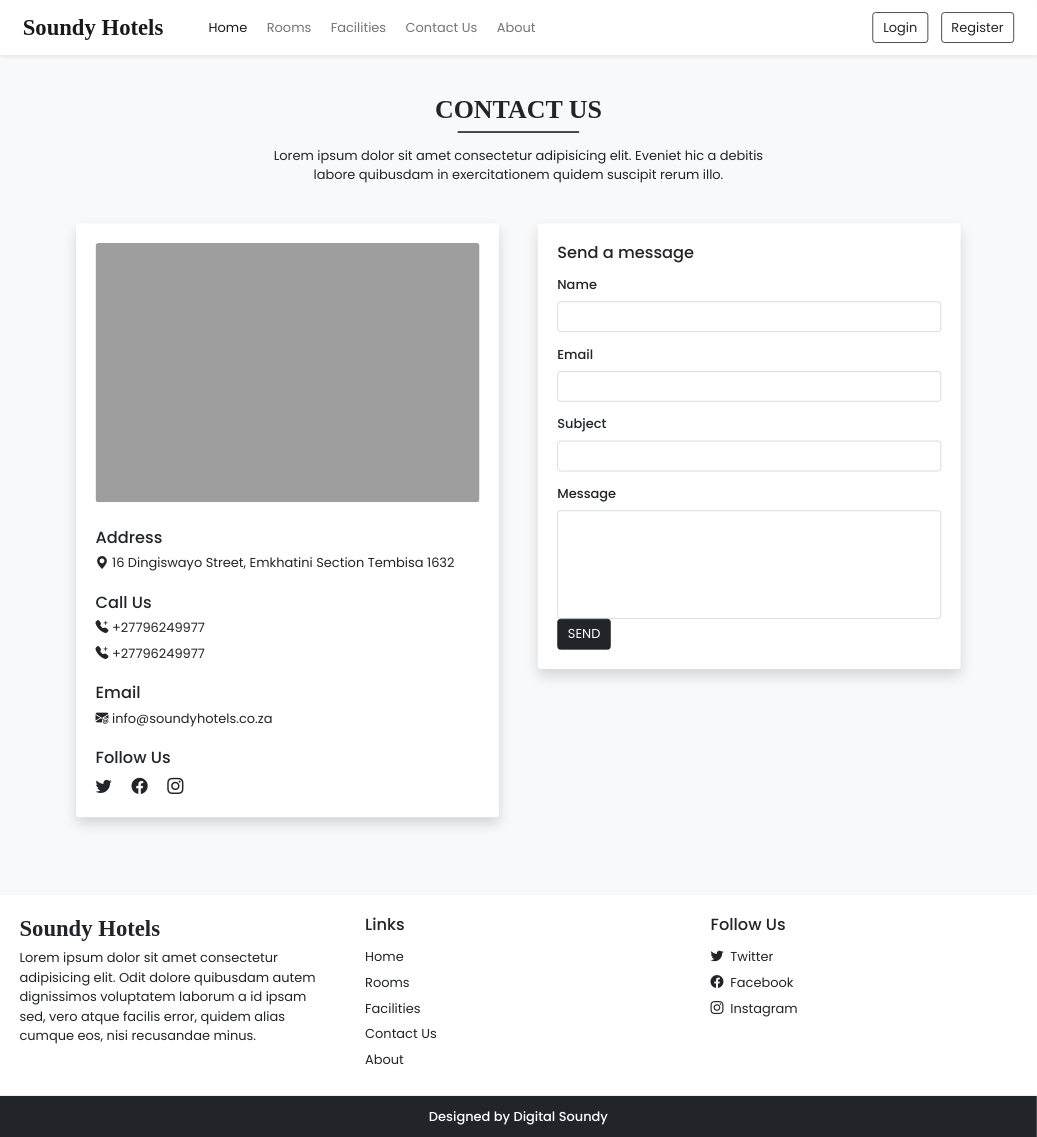
Repository: spencersoundy/Hotel-Booking-App
Page: http://localhost/contact.php
An editor plug-in stored every save of this project. The page is shown before and after a run of saves, followed by the edit.
The browser window is 1280 px wide. The pictures show the whole page, at 81% of full size.
Pictures or frames that could not be fetched are drawn as grey boxes. Some web fonts or font styles are not loaded; a fallback is used. The page is run by PHP 8.4 with error messages shown; the project is at /var/www/html/.

Above is the page before, as saved 2023-08-05 00:05:48.

### contact.php
<!DOCTYPE html>
<html lang="en">
<head>
    <meta charset="UTF-8">
    <meta http-equiv="X-UA-Compatible" content="IE=edge">
    <meta name="viewport" content="width=device-width, initial-scale=1.0">
    <title>Soundy Hotels - CONTACT</title>
    <?php require('inc/links.php') ?>
</head>
<body class="bg-light">

<?php require('inc/header.php') ?>

<div class="my-5 px-4">
    <h2 class="fw-bold h-font text-center">CONTACT US</h2>
    <div class="h-line bg-dark"></div>
    <p class="text-center mt-3">
        Lorem ipsum dolor sit amet consectetur adipisicing elit.
        Eveniet hic a debitis <br> labore quibusdam in exercitationem
        quidem suscipit rerum illo.
    </p>
</div>

<div class="container">
    <div class="row">
        <div class="col-lg-6 col-md-6 mb-5 px-4">
            <div class="bg-white rounded shadow p-4">
                <iframe class="w-100 rounded mb-4" height="320px" src="https://www.google.com/maps/embed?pb=!1m18!1m12!1m3!1d3585.708810342345!2d28.2120409827257!3d-26.010354497291896!2m3!1f0!2f0!3f0!3m2!1i1024!2i768!4f13.1!3m3!1m2!1s0x1e956bf2ad5976c9%3A0x6f9e0753eef116a!2s16%20Dingiswayo%20St%2C%20Emkantini%2C%20Tembisa%2C%201632!5e0!3m2!1sen!2sza!4v1691170736196!5m2!1sen!2sza" loading="lazy"></iframe>

                    <h5>Address</h5>
                <a href="https://goo.gl/maps/Av7G3xEeVXWeW6kQ6" target="_blank" class="d-line-block text-decoration-none text-dark mb-2">
                <i class="bi bi-geo-alt-fill"></i> 16 Dingiswayo Street, Emkhatini Section Tembisa 1632
                </a>

                <h5 class="mt-4">Call Us</h5>
                <a href="Tell: +27796249977" class="d-inline-block mb-2 text-decoration-none text-dark">
                    <i class="bi bi-telephone-plus-fill"></i> +27796249977
                </a>
                <br>
                <a href="Tell: +27796249977" class="d-inline-block text-decoration-none text-dark">
                    <i class="bi bi-telephone-plus-fill"></i> +27796249977
                </a>

                <h5 class="mt-4">Email</h5>
                <a href="mailto: info@soundyhotels.co.za" class="d-inline-block text-decoration-none text-dark">
                    <i class="bi bi-envelope-at-fill"></i> info@soundyhotels.co.za
                </a>

                <h5 class="mt-4">Follow Us</h5>
                <a href="#" class="d-inline-block text-dark fs-5 me-3">
                        <i class="bi bi-twitter me-1"></i>
                </a>
                <a href="#" class="d-inline-block text-dark fs-5 me-3">
                        <i class="bi bi-facebook me-1"></i>
                </a>
                <a href="#" class="d-inline-block">
                        <i class="bi bi-instagram me-1 text-dark fs-5"></i>
                </a>
            </div>
        </div>
        <div class="col-lg-6 col-md-6 px-4">
            <div class="bg-white rounded shadow p-4">
                <form>
                    <h5>Send a message</h5>
                    <div class="mt-3">
                        <label class="form-label"style="font-weight: 500;">Name</label>
                        <input type="text" class="form-control shadow-none">
                    </div>
                    <div class="mt-3">
                        <label class="form-label"style="font-weight: 500;">Email</label>
                        <input type="email" class="form-control shadow-none">
                    </div>
                    <div class="mt-3">
                        <label class="form-label"style="font-weight: 500;">Subject</label>
                        <input type="text" class="form-control shadow-none">
                    </div>
                    <div class="mt-3">
                        <label class="form-label"style="font-weight: 500;">Message</label>
                        <textarea class="form-control shadow-none" rows="5" style="resize: none;"></textarea>
                    </div>
                    <button type="submit" class="btn btn-dark shadow-none">SEND</button>
                </form>
            </div>
        </div>
    </div>
</div>

<?php require('inc/footer.php')?>

</body>
</html>

### inc/links.php
<link href="https://cdn.jsdelivr.net/npm/bootstrap@5.0.2/dist/css/bootstrap.min.css" rel="stylesheet" integrity="sha384-EVSTQN3/azprG1Anm3QDgpJLIm9Nao0Yz1ztcQTwFspd3yD65VohhpuuCOmLASjC" crossorigin="anonymous">
<link href="https://fonts.googleapis.com/css2?family=Merienda:wght@400;700&family=Poppins:wght@400;500;600&display=swap" rel="stylesheet">
<link rel="stylesheet" href="https://cdn.jsdelivr.net/npm/bootstrap-icons@1.10.5/font/bootstrap-icons.css">
<link rel="stylesheet" href="css/common.css"/>

### inc/header.php
<nav class="navbar navbar-expand-lg navbar-light bg-white px-lg-3 py-lg-2 shadow-sm sticky-top">
    <div class="container-fluid">
        <a class="navbar-brand me-5 fw-bold fs-3 h-font" href="index.php">Soundy Hotels</a>
        <button class="navbar-toggler shadow-none" type="button" data-bs-toggle="collapse" data-bs-target="#navbarSupportedContent" aria-controls="navbarSupportedContent" aria-expanded="false" aria-label="Toggle navigation">
        <span class="navbar-toggler-icon"></span>
        </button>
        <div class="collapse navbar-collapse" id="navbarSupportedContent">
        <ul class="navbar-nav me-auto mb-2 mb-lg-0">
            <li class="nav-item">
            <a class="nav-link active me-2" aria-current="page" href="index.php">Home</a>
            </li>
            <li class="nav-item">
            <a class="nav-link me-2" href="#">Rooms</a>
            </li>
            <li class="nav-item">
            <a class="nav-link me-2" href="facilities.php">Facilities</a>
            </li><li class="nav-item">
            <a class="nav-link me-2" href="contact.php">Contact Us</a>
            </li><li class="nav-item">
            <a class="nav-link" href="about.php">About</a>
            </li>
        </ul>
        <div class="d-flex">
            <button type="button" class="btn btn-outline-dark shadow-none me-lg-3 me-2" data-bs-toggle="modal" data-bs-target="#loginModal">
                Login
            </button>
            <button type="button" class="btn btn-outline-dark shadow-none" data-bs-toggle="modal" data-bs-target="#registerModal">
                Register
            </button>
        </div>
        </div>
    </div>
    </nav>

    <div class="modal fade" id="loginModal" data-bs-backdrop="static" data-bs-keyboard="false" tabindex="-1" aria-labelledby="staticBackdropLabel" aria-hidden="true">
        <div class="modal-dialog">
            <div class="modal-content">
                <form>
                    <div class="modal-header">
                        <h5 class="modal-title d-flex align-items-center">
                            <i class="bi bi-person-circle fs-3 me-2"></i> User Login
                        </h5>
                        <button type="reset" class="btn-close shadow-none" data-bs-dismiss="modal" aria-label="Close"></button>
                    </div>
                    <div class="modal-body">
                    <div class="mb-3">
                        <label class="form-label">Email address</label>
                        <input type="email" class="form-control shadow-none">
                    </div>
                    <div class="mb-4">
                        <label class="form-label">Password</label>
                        <input type="password" class="form-control shadow-none">
                    </div>
                        <div class="d-flex align-items-center justify-content-between mb-2">
                            <button type="submit" class="btn btn-dark shadow-none">LOGIN</button>
                            <a href="javascript: void(0)" class="text-secondary text-decoration-none">Forgot Password?</a>
                        </div>
                    </div>
                </form>
            </div>
        </div>
    </div>

    <div class="modal fade" id="registerModal" data-bs-backdrop="static" data-bs-keyboard="false" tabindex="-1" aria-labelledby="staticBackdropLabel" aria-hidden="true">
        <div class="modal-dialog modal-lg">
            <div class="modal-content">
                <form>
            <div class="modal-header">
                <h5 class="modal-title d-fle align-items-center">
                    <i class="bi bi-person-lines-fill fs-3 me-2"></i> User Registration
                </h5>
                <button type="reset" class="btn-close shadow-none" data-bs-dismiss="modal" aria-label="Close"></button>
            </div>
            <div class="modal-body">
                <span class="badge rounded-pill bg-light text-dark mb-3 text-wrap lh-base">
                    Note: Your details must match with your ID (ID book/card, passport, drivers license, etc.)
                    that will be required during check-in.
                </span>
                <div class="container-fluid">
                    <div class="row">
                        <div class="col-md-6 ps-0 mb-3">
                            <label class="form-label">Name</label>
                            <input type="text" class="form-control shadow-none">
                        </div>
                        <div class="col-md-6 p-0 mb-3">
                            <label class="form-label">Email</label>
                            <input type="email" class="form-control shadow-none">
                        </div>
                        <div class="col-md-6 ps-0 mb-3">
                            <label class="form-label">Phone Number</label>
                            <input type="number" class="form-control shadow-none">
                        </div>
                        <div class="col-md-6 p-0 mb-3">
                            <label class="form-label">Picture</label>
                            <input type="file" class="form-control shadow-none">
                        </div>
                        <div class="col-md-12 p-0 mb-3">
                            <label class="form-label">Address</label>
                            <textarea class="form-control shadow-none" rows="1"></textarea>
                        </div>
                        <div class="col-md-6 ps-0 mb-3">
                            <label class="form-label">Pincode</label>
                            <input type="number" class="form-control shadow-none">
                        </div>
                        <div class="col-md-6 p-0 mb-3">
                            <label class="form-label">Date of birth</label>
                            <input type="date" class="form-control shadow-none">
                        </div>
                        <div class="col-md-6 ps-0 mb-3">
                            <label class="form-label">Password</label>
                            <input type="password" class="form-control shadow-none">
                        </div>
                        <div class="col-md-6 p-0 mb-3">
                            <label class="form-label">Confirm Password</label>
                            <input type="password" class="form-control shadow-none">
                        </div>
                    </div>
                </div>
                <div class="text-center my-1">
                    <button type="submit" class="btn btn-dark shadow-none">REGISTER</button>
                </div>
            </div>
            </form>
            </div>
  </div>
</div>

### inc/footer.php
<div class="container-fluid bg-white mt-5">

        <div class="row">
            <div class="col-lg-4 p-4">
                <h3 class="h-font fw-bold fs-3 mb-2">Soundy Hotels</h3>
                <p>
                    Lorem ipsum dolor sit amet consectetur adipisicing elit.
                    Odit dolore quibusdam autem dignissimos voluptatem laborum a id ipsam sed,
                    vero atque facilis error, quidem alias cumque eos, nisi recusandae minus.
                </p>
            </div>
            <div class="col-lg-4 p-4">
                <h5 class="mb-3">Links</h5>
                <a href="#" class="d-inline-block mb-2 text-dark text-decoration-none">Home</a><br>
                <a href="#" class="d-inline-block mb-2 text-dark text-decoration-none">Rooms</a><br>
                <a href="#" class="d-inline-block mb-2 text-dark text-decoration-none">Facilities</a><br>
                <a href="#" class="d-inline-block mb-2 text-dark text-decoration-none">Contact Us</a><br>
                <a href="#" class="d-inline-block mb-2 text-dark text-decoration-none">About</a>
            </div>
            <div class="col-lg-4 p-4">
                <h5 class="mb-3">Follow Us</h5>
                <a href="#" class="d-inline-block text-dark text-decoration-none mb-2">
                    <i class="bi bi-twitter me-1"></i> Twitter
                </a><br>
                <a href="#" class="d-inline-block text-dark text-decoration-none mb-2">
                    <i class="bi bi-facebook me-1"></i> Facebook
                </a><br>
                <a href="#" class="d-inline-block text-dark text-decoration-none">
                    <i class="bi bi-instagram me-1"></i> Instagram
                </a><br>
            </div>
        </div>
    </div>
</div>

    <h6 class="text-center bg-dark text-white p-3 m-0">Designed by Digital Soundy</h6>

    <script src="https://cdn.jsdelivr.net/npm/bootstrap@5.0.2/dist/js/bootstrap.bundle.min.js" integrity="sha384-MrcW6ZMFYlzcLA8Nl+NtUVF0sA7MsXsP1UyJoMp4YLEuNSfAP+JcXn/tWtIaxVXM" crossorigin="anonymous"></script>

### css/common.css
:root{
    --teal: #2ec1ac;
    --teal_hover: #279e8c;
}

*{
    font-family: 'Poppins', sans-serif;
}
.h-font{
    font-family: 'Merienda', cursive;
}

input::-webkit-outer-spin-button,
input::-webkit-inner-spin-button {
-webkit-appearance: none;
margin: 0;
}

input[type=number] {
-moz-appearance: textfield;
}

.custom-bg{
    background-color: var(--teal);
    border: 1px solid var(--teal);
}
.custom-bg:hover{
    background-color: var(--teal_hover);
    border-color: var(--teal_hover);
}

.h-line{
    width: 150px;
    margin: 0 auto;
    height: 1.7px;
}

After the next 2 saves:
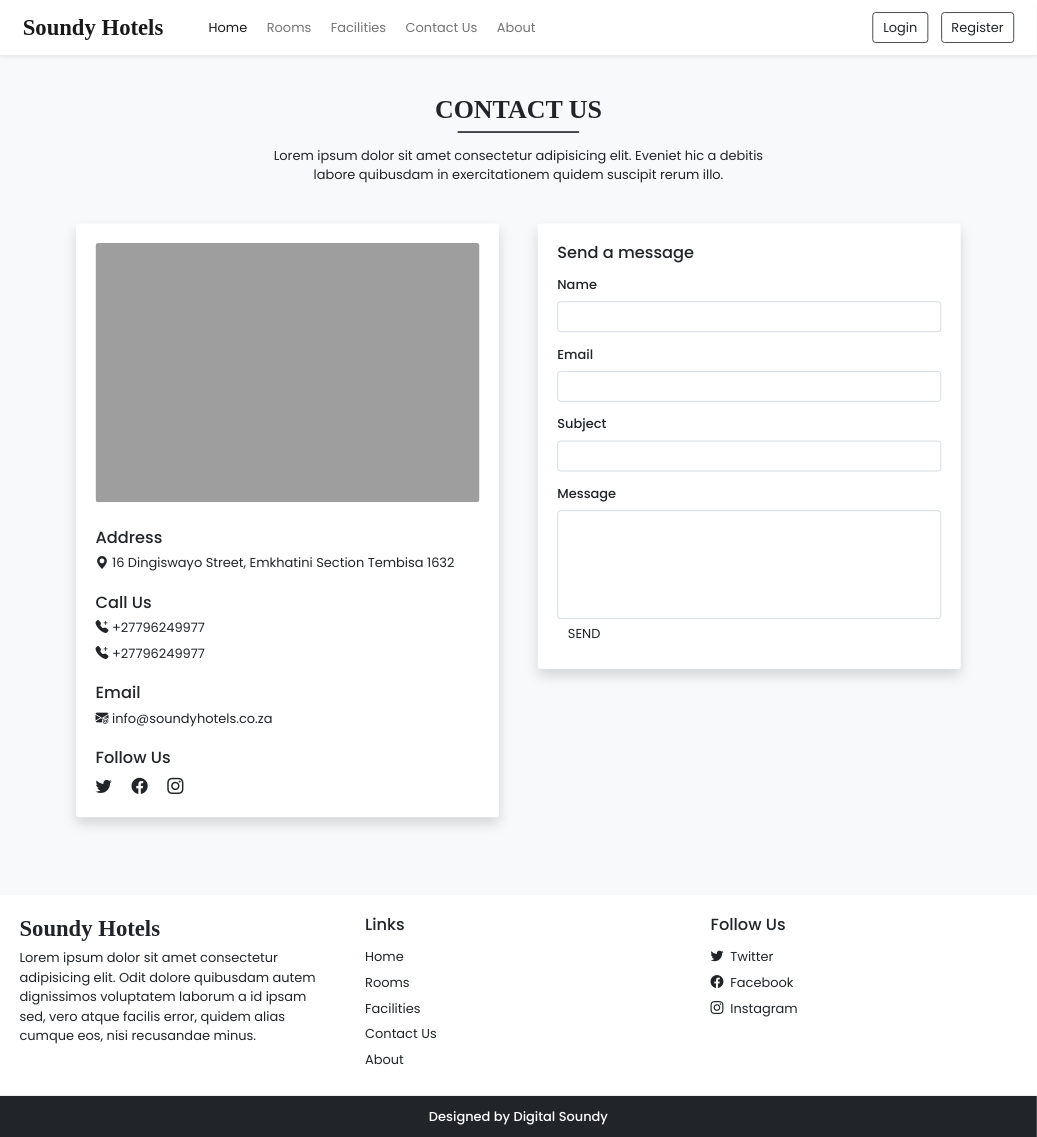
The 2 saves are shown as one change because they came seconds apart.
The last was saved 22 s later.
--- a/contact.php
+++ b/contact.php
@@ -78,7 +78,7 @@
                         <label class="form-label"style="font-weight: 500;">Message</label>
                         <textarea class="form-control shadow-none" rows="5" style="resize: none;"></textarea>
                     </div>
-                    <button type="submit" class="btn btn-dark shadow-none">SEND</button>
+                    <button type="submit" class="btn text shadow-none">SEND</button>
                 </form>
             </div>
         </div>
